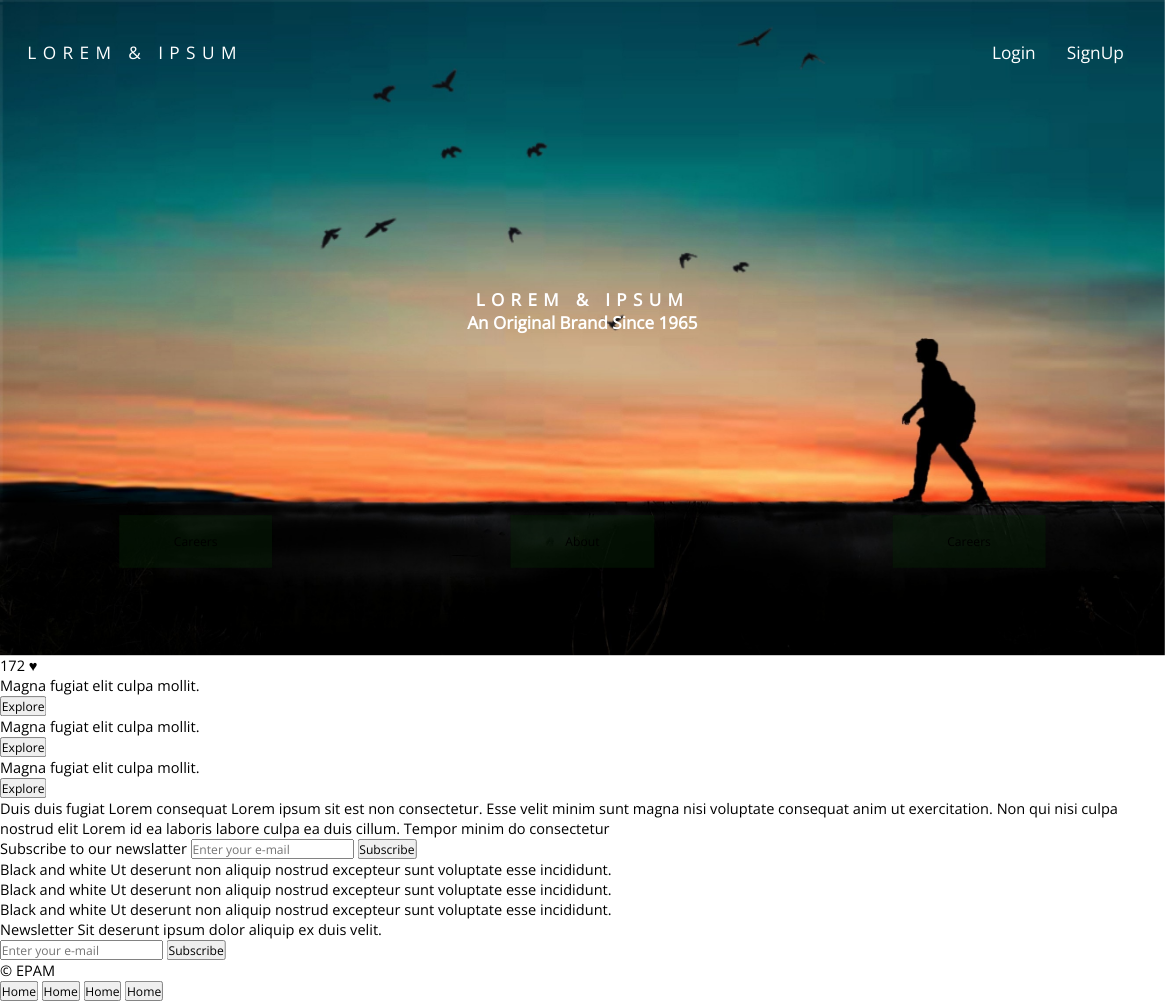
Repository: M1shkaBear/FLX
Page: FLX_homework_4/homework/index.html
The author's editor kept a copy of each file at every save. The page is drawn from the files as they stood at one save, then again after the next save.
The browser window is 1280 px wide. The pictures show the whole page, at 91% of full size.

Above is the page before, as saved 2019-01-29 22:35:25.

### FLX_homework_4/homework/index.html
<!DOCTYPE html>
<html lang="en">
  <head>
    <meta charset="UTF-8" />
    <meta name="viewport" content="width=device-width, initial-scale=1.0" />
    <meta http-equiv="X-UA-Compatible" content="ie=edge" />
    <title>Document</title>
    <link
      href="https://fonts.googleapis.com/css?family=Open+Sans"
      rel="stylesheet"
    />
    <link href="css/style.css" rel="stylesheet" />
  </head>
  <body>
    <header class="header">
      <section class="topHeader">
        <section class="words">Lorem &amp; ipsum</section>
        <section class="logbuttons">
          <button class="logbtn">Login</button>
          <button class="subtn">SignUp</button>
        </section>
      </section>
      <section class="heads">
        <section class="nameHeader"><h1>Lorem &amp; ipsum</h1></section>
        <section class="addWords">
          <h3>An Original Brand Since 1965</h3>
        </section>
      </section>
      <section class="btnContainer">
        <button class="btns">Careers</button>
        <button class="btns">About</button>
        <button class="btns">Careers</button>
      </section>
    </header>

    <main class="main">
      <article>
        <section class="image">
          <section class="like">172 &hearts;</section>
        </section>
        <section class="column-paragraphs"></section>
      </article>
      <section class="parag-container">
        <section>
          <p>Magna fugiat elit culpa mollit.</p>
          <button class="exploreButton">Explore</button>
        </section>
        <section>
          <p>Magna fugiat elit culpa mollit.</p>
          <button class="exploreButton">Explore</button>
        </section>
        <section>
          <p>Magna fugiat elit culpa mollit.</p>
          <button class="exploreButton">Explore</button>
        </section>
      </section>
      <section class="subscParagraph">
        <section class="parform">
          <p>
            Duis duis fugiat Lorem consequat Lorem ipsum sit est non
            consectetur. Esse velit minim sunt magna nisi voluptate consequat
            anim ut exercitation. Non qui nisi culpa nostrud elit Lorem id ea
            laboris labore culpa ea duis cillum. Tempor minim do consectetur
          </p>
        </section>
        <section class="formforsubs">
          <form class="newslatter">
            <label>Subscribe to our newslatter</label>
            <input
              class="subsig"
              type="email"
              placeholder="Enter your e-mail"
            />
            <button class="subsbtn">Subscribe</button>
          </form>
        </section>
      </section>
    </main>

    <footer class="footer">
      <section class="about">
        <section class="paragraphs">
          <p>
            Black and white Ut deserunt non aliquip nostrud excepteur sunt
            voluptate esse incididunt.
          </p>
          <p>
            Black and white Ut deserunt non aliquip nostrud excepteur sunt
            voluptate esse incididunt.
          </p>
          <p>
            Black and white Ut deserunt non aliquip nostrud excepteur sunt
            voluptate esse incididunt.
          </p>
        </section>
        <section class="news">
          <p>Newsletter Sit deserunt ipsum dolor aliquip ex duis velit.</p>
          <form class="subscribe">
            <input
              class="emailvpiska"
              type="email"
              placeholder="Enter your e-mail"
            />
            <button class="button">Subscribe</button>
          </form>
        </section>
      </section>

      <section class="footer-menu">
        <p>&copy; EPAM</p>

        <section class="footer-navigation">
          <button class="btn">Home</button> <button class="btn">Home</button>
          <button class="btn">Home</button> <button class="btn">Home</button>
        </section>
      </section>
    </footer>
  </body>
</html>

### FLX_homework_4/homework/css/style.css
* {
  padding: 0;
  margin: 0;
  box-sizing: border-box;
  font-family: "Open Sans", sans-serif;
}
.header {
  background-image: url("../img/sample2.jpg");
  background-size: cover;
  height: 100vh;
}
.topHeader {
  display: flex;
  justify-content: space-between;
  align-items: center;
  padding: 30px;
}
.logbtn,
.subtn {
  color: white;
  border: 0px;
  background-color: Transparent;
  cursor: pointer;
  justify-content: space-between;
  font-size: 19px;
  padding: 15px;
}

.words {
  color: white;
  font-size: 19px;
  letter-spacing: 7px;
  text-transform: uppercase;
}
.heads {
  display: flex;
  flex-direction: column;
  align-items: center;
  padding: 200px;
}
.btnContainer {
  display: flex;
  justify-content: space-around;
}
.btns {
  border: 5px;
  border-color: white;
  cursor: pointer;
  background: rgba(6, 36, 7, 0.39);
  padding: 20px 60px;
}
.nameHeader h1 {
  text-transform: uppercase;
  color: white;
  letter-spacing: 7px;
}
.addWords h3 {
  color: white;
}

After the next save:
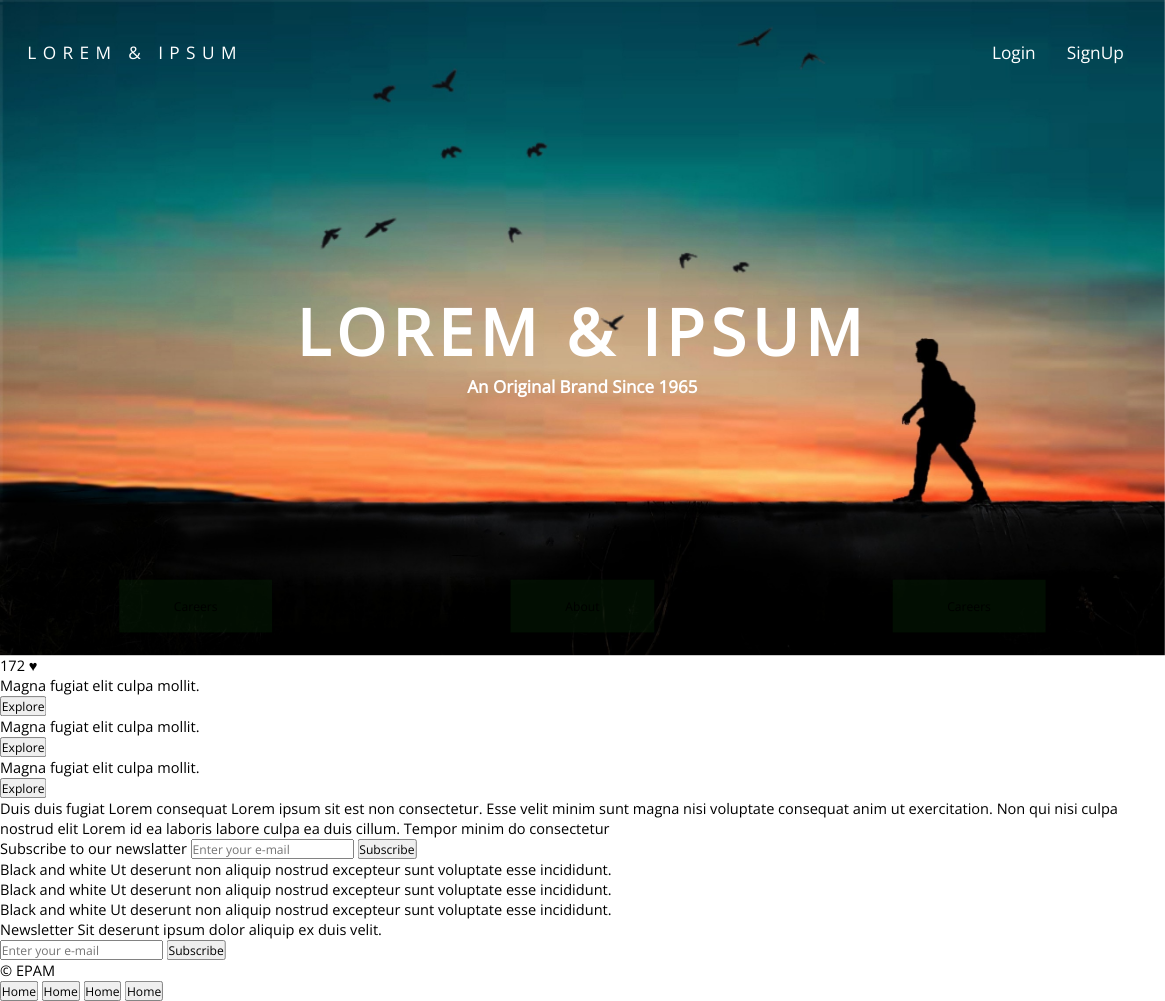
Saved 41 s later.
--- a/FLX_homework_4/homework/css/style.css
+++ b/FLX_homework_4/homework/css/style.css
@@ -53,6 +53,7 @@
   text-transform: uppercase;
   color: white;
   letter-spacing: 7px;
+  font-size: 70px;
 }
 .addWords h3 {
   color: white;
